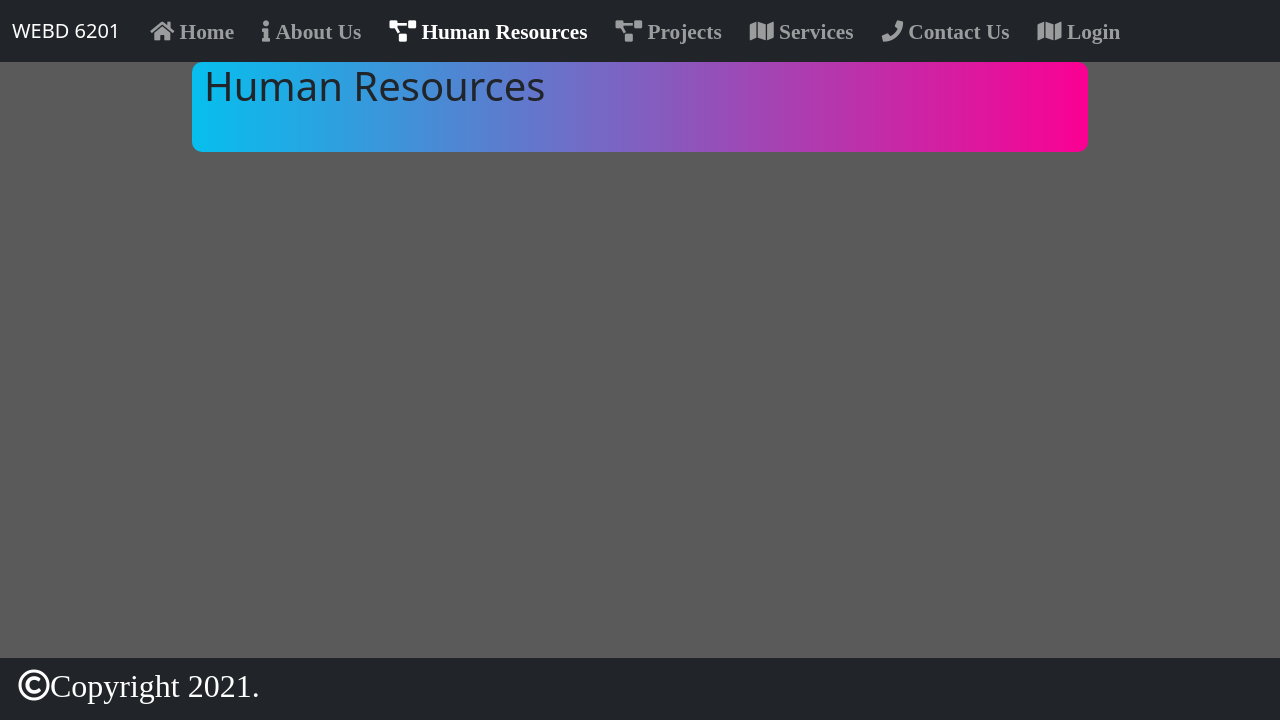
Repository: vans12345678/WEBD6201-W2021-Lab2
Page: human-resources.html
These files come from the project's save history. The page is drawn as it stood at one moment and after the next save; the edit follows.
The browser window is 1280 px wide. The pictures show the whole page.

Above is the page before, as saved 2021-03-06 18:53:15.

After the next save:
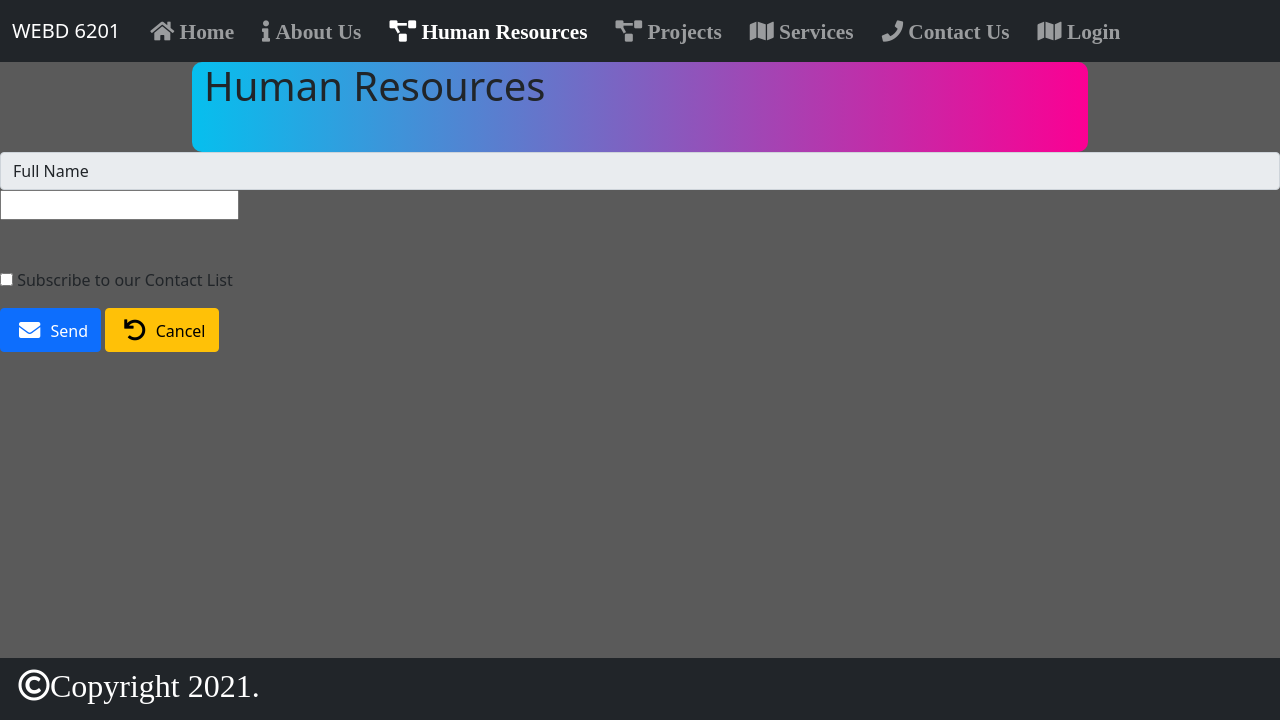
Saved 35 s later.
--- a/human-resources.html
+++ b/human-resources.html
@@ -52,7 +52,25 @@ Date: 02/05/2021
   <!-- Main Contents -->
     <main>
         <h1 class = "container">Human Resources</h1>
+        <form >
 
+
+            <span class="input-group-text" id="inputGroup-sizing-default">Full Name </span>
+            <input id="fullName" type="text"
+             required>
+
+
+
+
+        <div class = " mt-5 mb-3">
+          <!-- <span class="input-group-text" id="inputGroup-sizing-default">Subscribe</span> -->
+          <input id="subscribeCheckBox" name="subscribeCheckBox"class="" type="checkbox" value="">
+          <label class="form-check-label" for="flexCheckChecked"> Subscribe to our Contact List</label>
+        </div>
+
+          <button id="sendButton" type="submit" class="btn btn-primary"><i class="fas fa-envelope fa-lg"></i> Send</button>
+          <button id="cancelButton" type="reset" class="btn btn-warning"><i class="fas fa-undo fa-lg"></i> Cancel</button>
+        </form>
     </main>
     <!-- Main Footer -->
     <footer>
